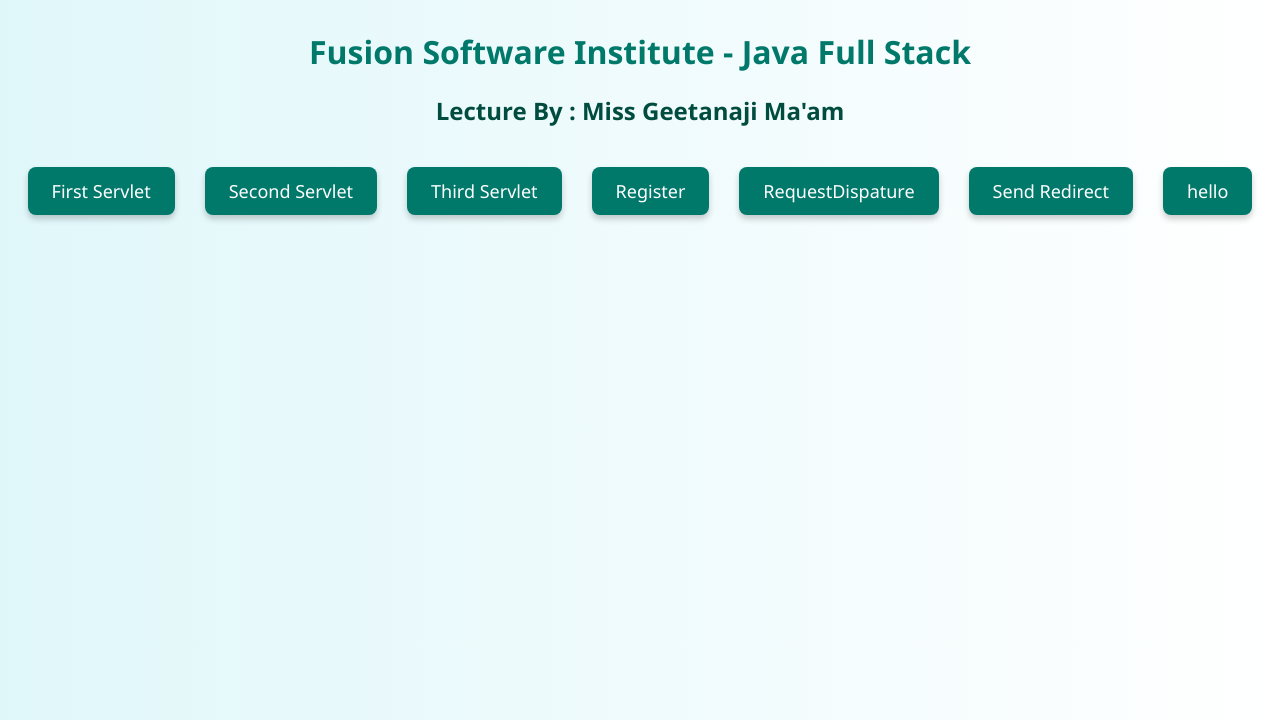
Repository: AkshayKPrajapati/CodingHub
Page: Servlet/WebContent/Index.html
The author's editor kept a copy of each file at every save. The page is drawn from the files as they stood at one save, then again after the next save.
The browser window is 1280 px wide. The pictures show the whole page.

Above is the page before, as saved 2025-10-13 20:58:18.

### Servlet/WebContent/Index.html
<!DOCTYPE html>
<html>
<head>
<meta charset="UTF-8">
<title>Fusion Software Institute - Java Full Stack</title>

<style>
    body {
        font-family: "Segoe UI", Tahoma, Geneva, Verdana, sans-serif;
        background: linear-gradient(to right, #e0f7fa, #fff);
        margin: 0;
        padding: 0;
        text-align: center;
    }

    h1 {
        color: #00796b;
        margin-top: 30px;
    }

    h2 {
        color: #004d40;
        margin-bottom: 40px;
    }

    .container {
        display: flex;
        justify-content: center;
        gap: 30px;
    }

    .container a {
        text-decoration: none;
        background-color: #00796b;
        color: white;
        padding: 12px 24px;
        border-radius: 8px;
        font-size: 18px;
        transition: all 0.3s ease;
        box-shadow: 0 4px 6px rgba(0, 0, 0, 0.2);
    }

    .container a:hover {
        background-color: #004d40;
        transform: scale(1.05);
    }
</style>
</head>

<body>
    <h1>Fusion Software Institute - Java Full Stack</h1>
    <h2>Lecture By : Miss Geetanaji Ma'am</h2>

    <div class="container">
        <a href="firstServlet">First Servlet</a>
        <a href="secondServlet">Second Servlet</a>
        <a href="ThirdServlet">Third Servlet</a>
       	<a href="register.html">Register</a>
       	<a href="requestDispature.html">RequestDispature</a>
       	<a href="sendRedirect.html">Send Redirect</a>
       	<a href="AttributePara.html">hello</a>
    </div>
</body>
</html>

After the next save:
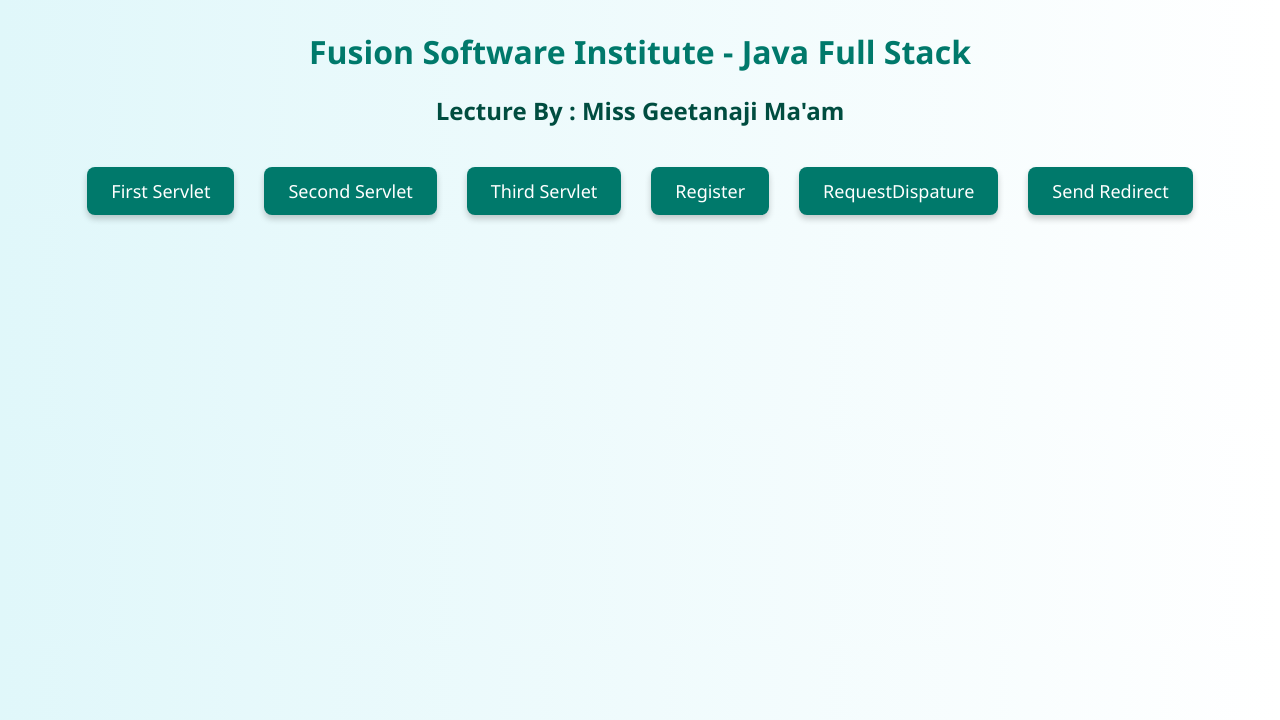
Saved 7 min 41 s later.
--- a/Servlet/WebContent/Index.html
+++ b/Servlet/WebContent/Index.html
@@ -58,7 +58,7 @@
        	<a href="register.html">Register</a>
        	<a href="requestDispature.html">RequestDispature</a>
        	<a href="sendRedirect.html">Send Redirect</a>
-       	<a href="AttributePara.html">hello</a>
+
     </div>
 </body>
 </html>
